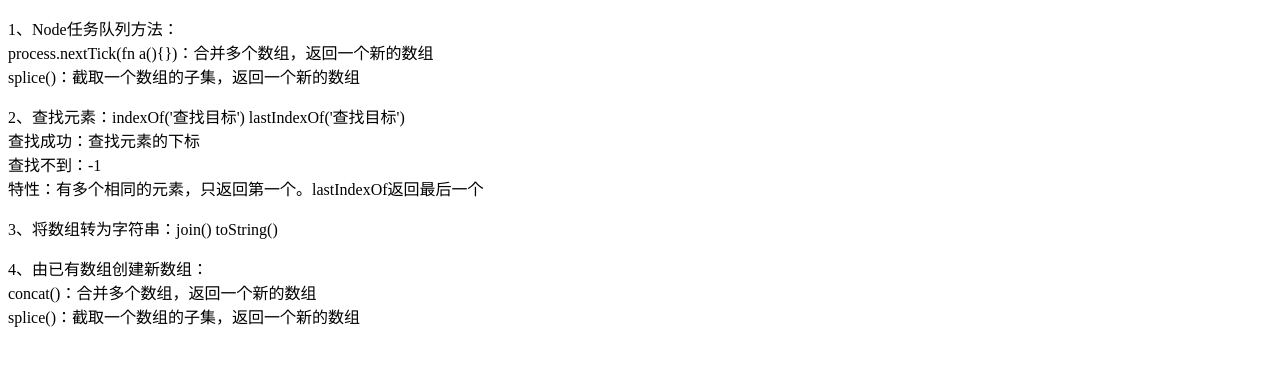
Repository: 15878162243/nodejsNote
Page: node方法.html
The author's editor kept a copy of each file at every save. The page is drawn from the files as they stood at one save, then again after the next save.
The browser window is 1280 px wide. The pictures show the whole page.

Above is the page before, as saved 2022-09-25 15:39:25.

After the next save:
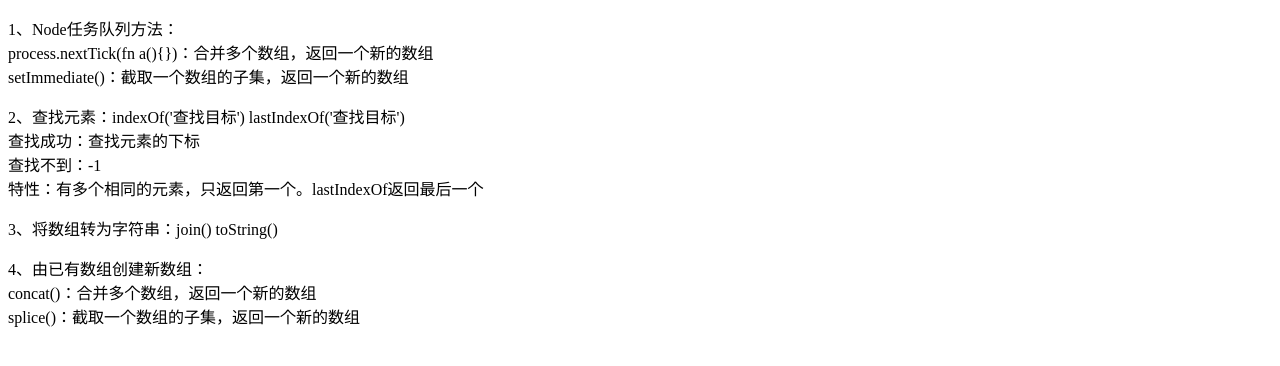
Saved 9 s later.
--- a/node方法.html
+++ b/node方法.html
@@ -8,7 +8,7 @@
 
 		<p>1、Node任务队列方法：<br />
 			process.nextTick(fn a(){})：合并多个数组，返回一个新的数组<br />
-			splice()：截取一个数组的子集，返回一个新的数组<br />
+			setImmediate()：截取一个数组的子集，返回一个新的数组<br />
 		</p>
 		<script>
 			var nums1 = []; // 1-100
